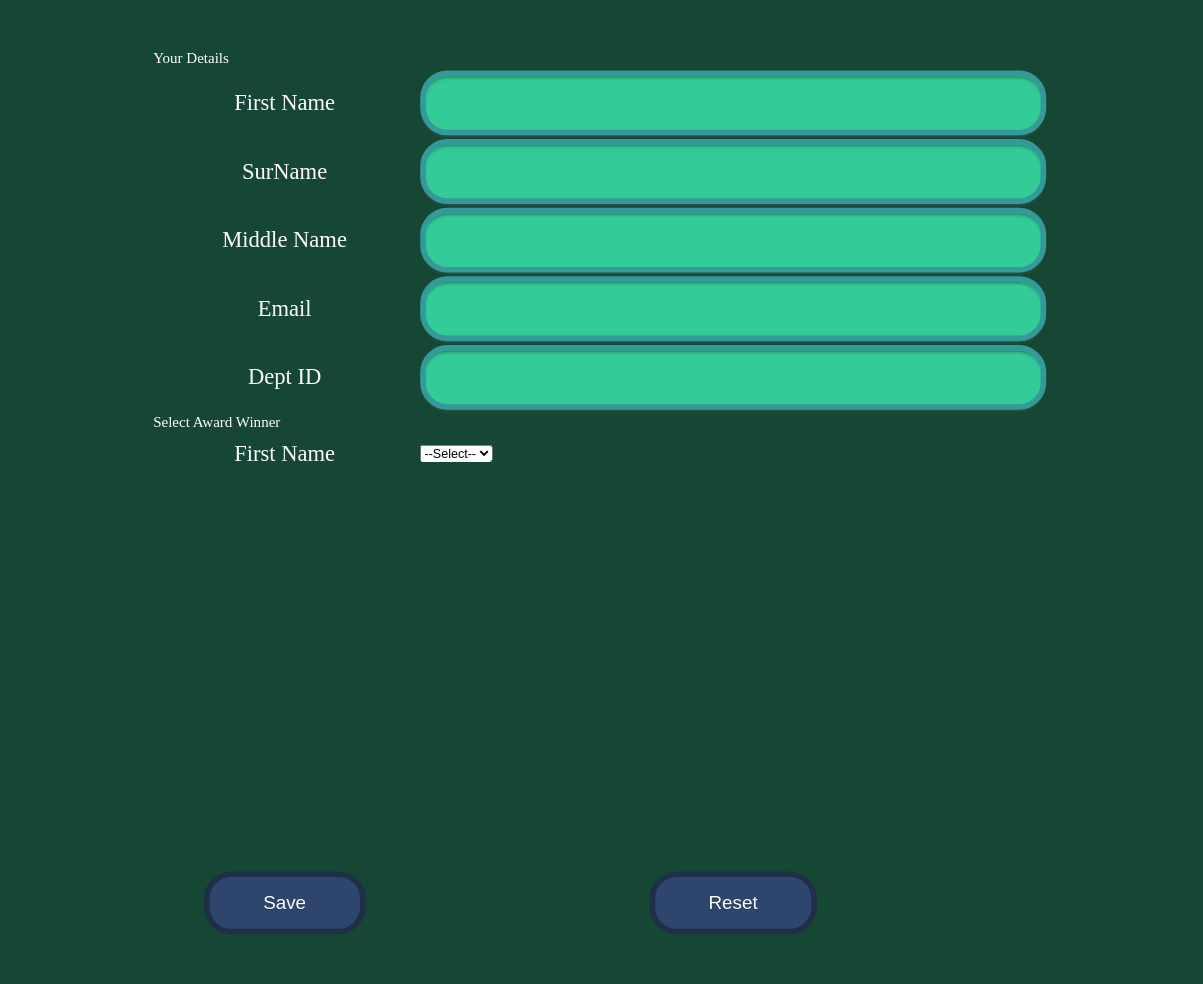
Repository: prajaktamore/Web-Based-Programming-3
Page: http://localhost/BinaryCalculator/Awards.jsp
An editor plug-in stored every save of this project. The page is shown before and after the next save, followed by the edit.
The browser window is 1280 px wide. The pictures show the whole page, at 94% of full size.
The page is served by Tomcat 9. Other server files are loaded and not shown.

Above is the page before, as saved 2014-05-02 02:24:03.

### BinaryCalculator/WebContent/Awards.jsp
<%@ page language="java" contentType="text/html; charset=ISO-8859-1"
    pageEncoding="ISO-8859-1"%>
<%@taglib prefix="core" uri="http://java.sun.com/jsp/jstl/core"%>
<%@ page import="java.util.*" session="true"%>
<%@ page errorPage="ShowError.jsp" %>

<!DOCTYPE html PUBLIC "-//W3C//DTD HTML 4.01 Transitional//EN" "http://www.w3.org/TR/html4/loose.dtd">
<html>
<head>
<meta http-equiv="Content-Type" content="text/html; charset=ISO-8859-1">
<title>Awards</title>
<link href="more.css" rel="stylesheet" type="text/css" />
<script type="text/javascript">
 function changeTest() {
   	    alert ("Function is Called");

		var index = document.getElementById("rdown").selectedIndex;

		var array1 = '<%= session.getAttribute( "rLastname" ) %>';
		var array2 = '<%= session.getAttribute( "rName" ) %>';
		var array3 = '<%= session.getAttribute( "rmailid" ) %>';
		var array4 = '<%= session.getAttribute( "rdept" ) %>';
		var array5 = '<%= session.getAttribute( "ruid" ) %>';

		var array1Token = array1.toString();
		array1Token = array1Token.slice(1, array1Token.length-1);
		var fields = array1Token.split(/,/);


		var array2Token = array2.toString();
		array2Token = array2Token.slice(1, array2Token.length-1);
		var fields2 = array2Token.split(/,/);

		var array3Token = array3.toString();
		array3Token = array3Token.slice(1, array3Token.length-1);
		var fields3 = array3Token.split(/,/);

		var array4Token = array4.toString();
		array4Token = array4Token.slice(1, array4Token.length-1);
		var fields4 = array4Token.split(/,/);

		var array5Token = array5.toString();
		array5Token = array5Token.slice(1, array5Token.length-1);
		var fields5 = array5Token.split(/,/);

				 if(parseInt(index) > 0 && parseInt(array1.length) > 0){
	        		document.getElementById('lr2').style.visibility='visible';
	        		document.getElementById('r2').style.visibility='visible';
	        		document.getElementById('r2').value = fields[index-1];
	        		document.getElementById('lr3').style.visibility='visible';
	        		document.getElementById('r3').style.visibility='visible';
	        		document.getElementById('r3').value = fields2[index-1];
	        		document.getElementById('lr4').style.visibility='visible';
	        		document.getElementById('r4').style.visibility='visible';
	        		document.getElementById('r4').value = fields3[index-1];
	        		document.getElementById('lr5').style.visibility='visible';
	        		document.getElementById('r5').style.visibility='visible';
	        		document.getElementById('r5').value = fields4[index-1];
	        		document.getElementById('lr6').style.visibility='visible';
	        		document.getElementById('r6').style.visibility='visible';
	        		document.getElementById('lr7').style.visibility='visible';
	        		document.getElementById('r7').style.visibility='visible';
	        		document.getElementById('r8').value = fields5[index-1];
	        	}
 }

 function resetTest() {
 					document.getElementById("rdown").selectedIndex = -1;
 					document.getElementById("r6").selectedIndex = 0;
 					document.getElementById('lr6').style.visibility='hidden';
 					document.getElementById('r6').style.visibility='hidden';
 					document.getElementById('r7').style.visibility='hidden';
 					document.getElementById('lr7').style.visibility='hidden';
 					document.getElementById('lr2').style.visibility='hidden';
	        		document.getElementById('r2').style.visibility='hidden';
	        		document.getElementById('lr3').style.visibility='hidden';
	        		document.getElementById('r3').style.visibility='hidden';
	        		document.getElementById('lr4').style.visibility='hidden';
	        		document.getElementById('r4').style.visibility='hidden';
	        		document.getElementById('lr5').style.visibility='hidden';
	        		document.getElementById('r5').style.visibility='hidden';
 }
</script>
</head>
<body>
<form method="POST" action="Awards">
  <table width="page" align="center" >
  					<tr>
  					<td>Your Details</td>
  					</tr>
					<tr>
					  <td height="40" align="center"> <label style="color:#ffffff;font-size:24px" >First Name</label> </td>
             			 <td align="center"> <input id="u1" name="u1" value="${sessionScope.sfname}" type="text" style ="background: #33CC99; height:55px; width: 600px;text-align:right;font-size:35px; border-radius: 2em; border:6px solid #339999;border-radius:29px; color: #fff; padding-left: 1.5em; outline: none; box-shadow: 0 4px 6px -5px hsl(0, 0%, 40%), inset 0px 4px 6px -5px hsl(0, 0%, 2%)"/></td>
 					</tr>
					<tr>
					  <td height="40" align="center"> <label style="color:#ffffff;font-size:24px" >SurName</label> </td>
             			 <td align="center"> <input id="u2" name="u2" value="${sessionScope.ssname}" type="text" style ="background: #33CC99; height:55px; width: 600px;text-align:right;font-size:35px; border-radius: 2em; border:6px solid #339999;border-radius:29px; color: #fff; padding-left: 1.5em; outline: none; box-shadow: 0 4px 6px -5px hsl(0, 0%, 40%), inset 0px 4px 6px -5px hsl(0, 0%, 2%)"/></td>
 					</tr>
 					<tr>
					  <td height="40" align="center"> <label style="color:#ffffff;font-size:24px" >Middle Name</label> </td>
             			 <td align="center"> <input id="u3" name="u3" value="${sessionScope.slname}" type="text" style ="background: #33CC99; height:55px; width: 600px;text-align:right;font-size:35px; border-radius: 2em; border:6px solid #339999;border-radius:29px; color: #fff; padding-left: 1.5em; outline: none; box-shadow: 0 4px 6px -5px hsl(0, 0%, 40%), inset 0px 4px 6px -5px hsl(0, 0%, 2%)"/></td>
 					</tr>
 					<tr>
					  <td height="40" align="center"> <label style="color:#ffffff;font-size:24px" >Email</label> </td>
             			 <td align="center"> <input id="u4" name="u4" value="${sessionScope.smail}" type="text" style ="background: #33CC99; height:55px; width: 600px;text-align:right;font-size:35px; border-radius: 2em; border:6px solid #339999;border-radius:29px; color: #fff; padding-left: 1.5em; outline: none; box-shadow: 0 4px 6px -5px hsl(0, 0%, 40%), inset 0px 4px 6px -5px hsl(0, 0%, 2%)"/></td>
 					</tr>
 					<tr>
					  <td height="40" align="center"> <label style="color:#ffffff;font-size:24px" >Dept ID</label> </td>
             			 <td align="center"> <input id="u5" name="u5" value="${sessionScope.sdept}" type="text" style ="background: #33CC99; height:55px; width: 600px;text-align:right;font-size:35px; border-radius: 2em; border:6px solid #339999;border-radius:29px; color: #fff; padding-left: 1.5em; outline: none; box-shadow: 0 4px 6px -5px hsl(0, 0%, 40%), inset 0px 4px 6px -5px hsl(0, 0%, 2%)"/></td>
 					</tr>
 					<tr>
 					<td>Select Award Winner</td>
 					</tr>
 					<tr>

 						 <td height="40" align="center"> <label style="color:#ffffff;font-size:24px" >First Name</label> </td>
 					    <td>
 					    <select name="rdown" id="rdown" onchange="changeTest()">
					        <OPTION  value="-1" label="--Select--" selected="selected">
					        <core:forEach items="${sessionScope.rFname}" var="dt" varStatus="status">
					            <option value="${dt}">${dt}</option>
					        </core:forEach>
					    </select>
					    </td>
    				</tr>
    				<tr>
					  <td height="40" align="center"> <label id="lr2" style="color:#ffffff;font-size:24px;visibility:hidden;" >SurName</label> </td>
             			 <td align="center"> <input id="r2" name="r2" type="text" style ="visibility:hidden;background: #33CC99; height:55px; width: 600px;text-align:right;font-size:35px; border-radius: 2em; border:6px solid #339999;border-radius:29px; color: #fff; padding-left: 1.5em; outline: none; box-shadow: 0 4px 6px -5px hsl(0, 0%, 40%), inset 0px 4px 6px -5px hsl(0, 0%, 2%)"/></td>
 					</tr>
 					<tr>
					  <td height="40" align="center"> <label id="lr3" style="color:#ffffff;font-size:24px;visibility:hidden;" >Middle Name</label> </td>
             			 <td align="center"> <input id="r3" name="r3" type="text" style ="background: #33CC99; visibility:hidden;height:55px; width: 600px;text-align:right;font-size:35px; border-radius: 2em; border:6px solid #339999;border-radius:29px; color: #fff; padding-left: 1.5em; outline: none; box-shadow: 0 4px 6px -5px hsl(0, 0%, 40%), inset 0px 4px 6px -5px hsl(0, 0%, 2%)"/></td>
 					</tr>
 					<tr>
					  <td height="40" align="center"> <label id="lr4" style="color:#ffffff;font-size:24px;visibility:hidden;" >Email</label> </td>
             			 <td align="center"> <input id="r4" name="r4" type="text" style ="background: #33CC99; visibility:hidden;height:55px; width: 600px;text-align:right;font-size:35px; border-radius: 2em; border:6px solid #339999;border-radius:29px; color: #fff; padding-left: 1.5em; outline: none; box-shadow: 0 4px 6px -5px hsl(0, 0%, 40%), inset 0px 4px 6px -5px hsl(0, 0%, 2%)"/></td>
 					</tr>
 					<tr>
					  <td height="40" align="center"> <label id="lr5" style="color:#ffffff;font-size:24px;visibility:hidden;" >Dept ID</label> </td>
             			 <td align="center"> <input id="r5" name="r5" type="text" style ="background: #33CC99; visibility:hidden;height:55px; width: 600px;text-align:right;font-size:35px; border-radius: 2em; border:6px solid #339999;border-radius:29px; color: #fff; padding-left: 1.5em; outline: none; box-shadow: 0 4px 6px -5px hsl(0, 0%, 40%), inset 0px 4px 6px -5px hsl(0, 0%, 2%)"/></td>
 					</tr>
 					<tr>
					  <td height="40" align="center"> <label id="lr6" style="color:#ffffff;font-size:24px;visibility:hidden;" >Select Award</label> </td>
             			<td align="center">
             			 <select name="r6" id="r6" style="visibility:hidden;">
					        <option value="default">Company Bag
					        <option value="ipod">ipod
					        <option value="ipad">ipad
					        <option value="book">5 Mngt Books
					        <option value="cheque">$500 Cheque
					    </select>
					    </td>
 					</tr>
 					<tr>
 						<td height="40" align="center"> <label id="lr7" style="color:#ffffff;font-size:24px;visibility:hidden;" >You have made a difference..</label> </td>
 						<td><textarea cols="50" rows="5" name="r7" id="r7" style="visibility:hidden;"></textarea>
						</td>
						<td><input type="hidden" name="r8" id="r8"></td>
 					</tr>
  					<tr>
						<td align="center"><input type="submit" name="Save" value="Save" style="background-color: #2e466e; color: #ffff; border-radius: 10px;border:6px solid #1f2f47;border-radius:29px;padding:16px 57px;text-shadow:0px 1px 0px #263666;font-size:20px;">
						<td align="center"><input type="button" name="Reset" value="Reset" onclick="resetTest()" style="background-color: #2e466e; color: #ffff; border-radius: 10px;border:6px solid #1f2f47;border-radius:29px;padding:16px 57px;text-shadow:0px 1px 0px #263666;font-size:20px;">
					</tr>
  </table>
</form>
</body>
</html>

### BinaryCalculator/WebContent/more.css
/*
    author : Prajakta More
    date created : 11 Feb 2014
	Version:  1
    copyright information : Binghamton University
*/

/*Defines style for body tag all fields declared in body tag will follow below style for margins and background*/
body
{
margin-top:50px;
margin-left:50px;
margin-right:50px;
margin-bottom:50px;
background:#154734;
}



input#submit {
    padding: 4px 40px;
    /*give the background a gradient*/
    background:#ffae00; /*fallback for browsers that don't support gradients*/
    background: -webkit-linear-gradient(top, #ffae00, #d67600);
    background: -moz-linear-gradient(top, #ffae00, #d67600);
    background: -o-linear-gradient(top, #ffae00, #d67600);
    background: linear-gradient(top, #ffae00, #d67600);
    border:2px outset #dad9d8;
    /*style the text*/
    font-family:Andika, Arial, sans-serif;
    font-size:1.1em;
    letter-spacing:0.05em;
    text-transform:uppercase;
    color:#fff;
    text-shadow: 0px 1px 10px #000;
    /*add to small curve to the corners of the button*/
    -webkit-border-radius: 15px;
    -moz-border-radius: 15px;
    border-radius: 15px;
    /*give the button a drop shadow*/
    -webkit-box-shadow: rgba(0, 0, 0, .55) 0 1px 6px;
    -moz-box-shadow: rgba(0, 0, 0, .55) 0 1px 6px;
    box-shadow: rgba(0, 0, 0, .55) 0 1px 6px;
    }
    /****NOW STYLE THE BUTTON'S HOVER STATE***/
    input#submit:hover, input#submit:focus {
    border:2px solid #dad9d8;
    }



/*Defines style for table tag all fields declared in table tag will follow below style for border*/
table
{
border: 0px solid #154734;
content-type:text/plain;
charset=iso-8859-1 ;
}
/*Defines style for table data tag all fields declared in table data tag will follow below style for border and text color */
td
{
border: 0px solid #154734;
color:white;
}
/*Defines style for paragraph tag  with class type defined as ex2 all fields declared in paragraph tag will follow below style for font, color, text align*/
p.ex2
{
font:30px arial,sans-serif,centre;
color:#ffffff;
text-align:center;
}
/*Defines style for paragraph tag  with class type defined as ex1 all fields declared in paragraph tag will follow below style for font, color, text align*/
p.ex1
{
font:18px arial,sans-serif,centre;
color:#ffffff;
text-align:center;
}
/*Defines style for img tag all with class name as ex3 fields declared in img tag will
follow below style for margins, background, padding, border, background -color, height, width, float, text- align*/
img.ex3
{
  margin: 5px;
  padding: 5px;
  background-color: #ffffff;
  border: 3px solid #ffffff;
  height: 375px;
  width: 250px;
  float: left;
  text-align: left;
}
/*Defines style for a href tag and its properties for different states as link, visited, hover, active*/
a:link {text-decoration:none;
background-color:#66CCCC;
color:#000000;
}
a:visited {text-decoration:none;
background-color:#9999CC;
color:#660033;
}
a:hover {text-decoration:underline;
background-color:#CC99CC;
color:#000033;
}
a:active {text-decoration:underline;
background-color:#FF99CC;
color:#330000;
}

After the next save:
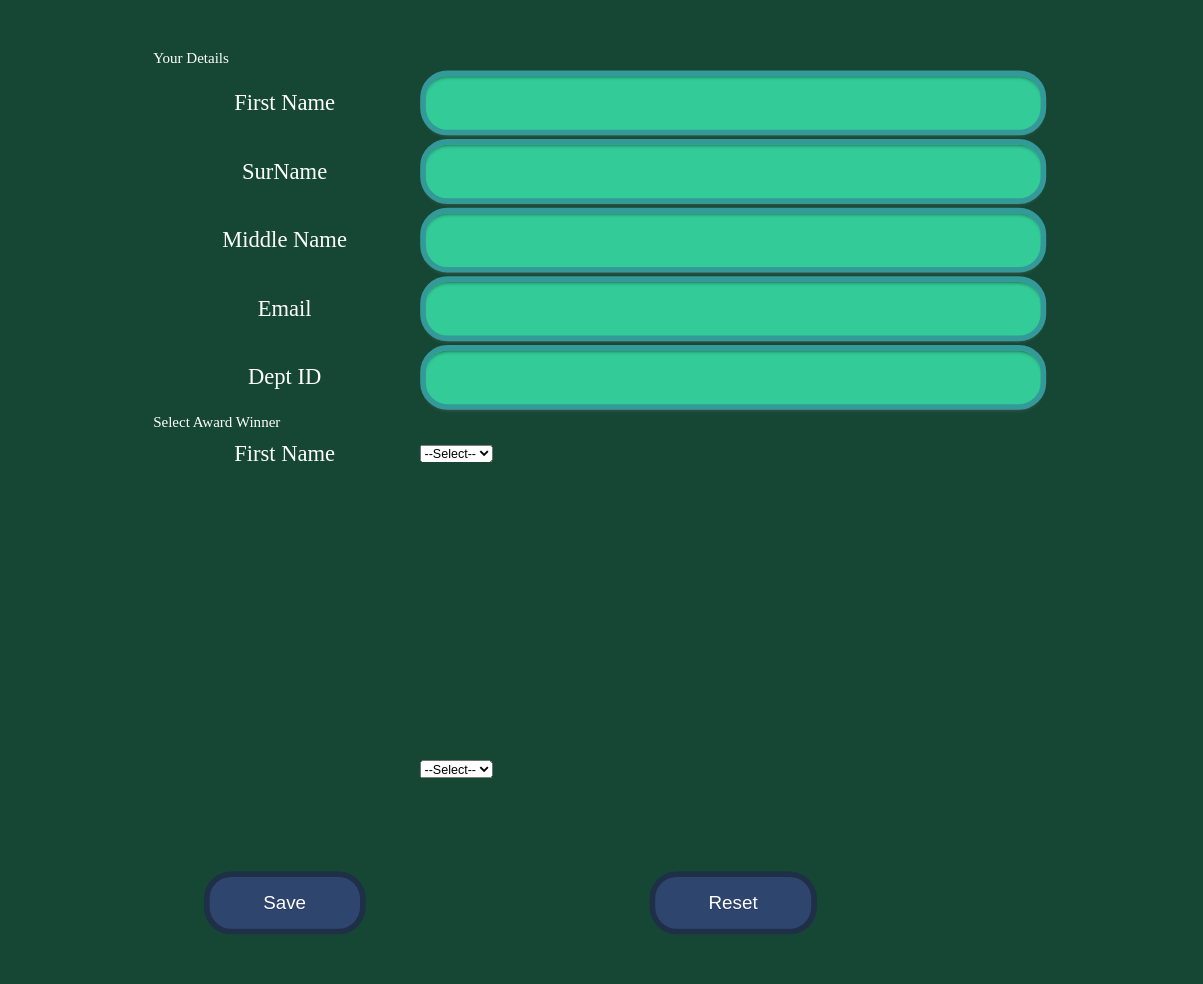
Saved 6 min 27 s later.
--- a/BinaryCalculator/WebContent/Awards.jsp
+++ b/BinaryCalculator/WebContent/Awards.jsp
@@ -141,14 +141,14 @@
  					</tr>
  					<tr>
 					  <td height="40" align="center"> <label id="lr6" style="color:#ffffff;font-size:24px;visibility:hidden;" >Select Award</label> </td>
-             			<td align="center">
-             			 <select name="r6" id="r6" style="visibility:hidden;">
-					        <option value="default">Company Bag
-					        <option value="ipod">ipod
-					        <option value="ipad">ipad
-					        <option value="book">5 Mngt Books
-					        <option value="cheque">$500 Cheque
+             			<td>
+ 					    <select name="rdownlist" id="rdownlist" onchange="changeTest()">
+					        <OPTION  value="-1" label="--Select--" selected="selected">
+					        <core:forEach items="${sessionScope.rFname}" var="dt" varStatus="status">
+					            <option value="${dt}">${dt}</option>
+					        </core:forEach>
 					    </select>
+					    </td>
 					    </td>
  					</tr>
  					<tr>
